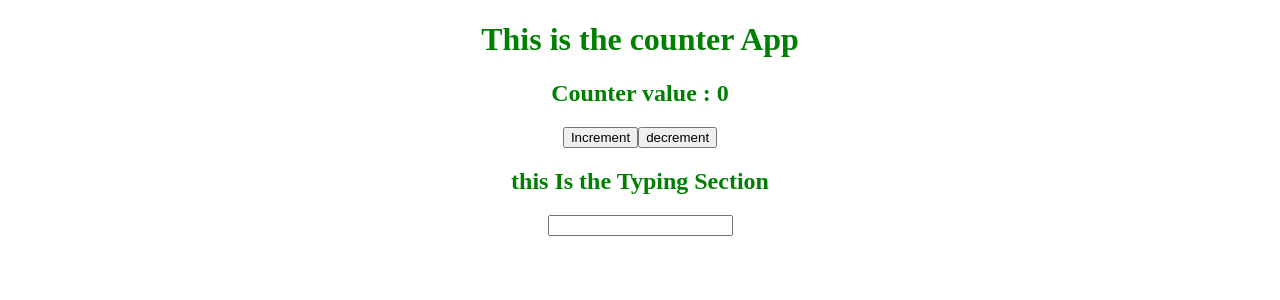
Repository: Gauravyadav678/GcounterApp
Page: / (app in gcounter/)
The author's editor kept a copy of each file at every save. The page is drawn from the files as they stood at one save, then again after the next save.
The browser window is 1280 px wide. The pictures show the whole page.
The project was rebuilt for these pictures with package versions that can differ from the ones it lists, and the page was loaded fresh each time. Also part of the build but not shown: gcounter/src/index.css.

Above is the page before, as saved 2024-10-22 19:58:08.

### gcounter/public/index.html
<!DOCTYPE html>
<html lang="en">
  <head>
    <meta charset="utf-8" />

    <meta name="viewport" content="width=device-width, initial-scale=1" />
    <meta name="theme-color" content="#000000" />


  </head>
  <body>

    <div id="root"></div>
  </body>
</html>

### gcounter/src/App.js

import './App.css';
import TypingWithG from './components/typing';
import CounterApp from './counter';


function App() {
  return (
    <div className="App">
      <>
      <h1>This is the counter App</h1>
      <CounterApp/>
      <TypingWithG/>
      </>
    </div>
  );
}

export default App;

### gcounter/src/App.css
.App{
  text-align: center;
  color: green;
}

### gcounter/src/components/typing.js
import React , {useState} from "react";

function TypingWithG () {

    const [typed,setTyped]=useState('');

    const typing = (event) =>{
        setTyped(event.target.value);
    }
    return(
        <>
        <h2> this Is the Typing Section </h2>
         <p>{typed}</p>
         <input onChange={typing} value={typed}></input>
        </>
    )
}

export default TypingWithG;

### gcounter/src/counter.js
import React, {useState } from 'react';

function CounterApp(){

    const [count, setCount]=useState(0);

    const increment=()=>{
        setCount(count+1);
    }

    const decrement = () => {
        setCount(count-1);
    }
    return(
        <>
        <h2>Counter value : {count}</h2>
        <button onClick={increment}>Increment</button>
        <button onClick={decrement}>decrement</button>
        </>
    )
}

export default CounterApp;

Loaded but not shown: gcounter/src/index.js (common file); gcounter/src/reportWebVitals.js (common file)

After the next save:
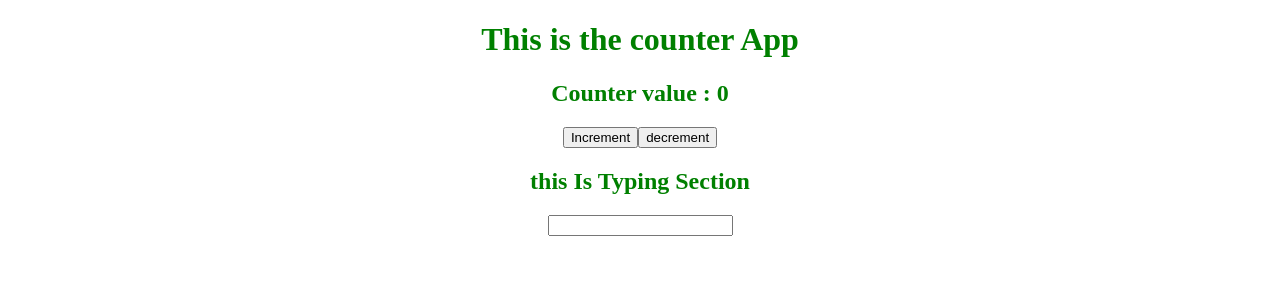
Saved 10 min 10 s later.
--- a/gcounter/src/components/typing.js
+++ b/gcounter/src/components/typing.js
@@ -9,7 +9,7 @@ function TypingWithG () {
     }
     return(
         <>
-        <h2> this Is the Typing Section </h2>
+        <h2> this Is  Typing Section </h2>
          <p>{typed}</p>
          <input onChange={typing} value={typed}></input>
         </>
